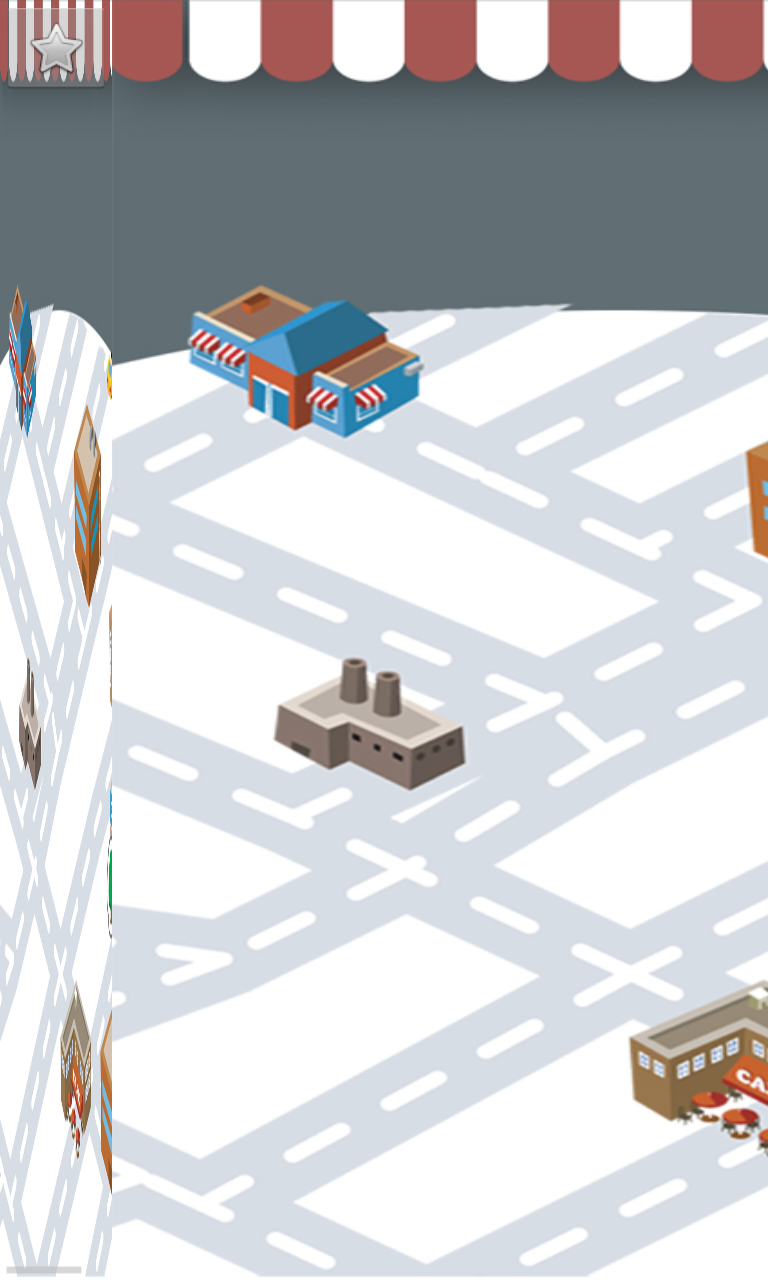
Repository: ahmeda8/playable
Layout: Playable/res/layout/activity_main.xml
The author's editor kept a copy of each file at every save. The layout is drawn from the files as they stood at one save, then again after the next save.
It is drawn on a 768 x 1280 px phone screen (xhdpi) without system bars, with theme AppTheme; the app's code is not run.

Above is the layout before, as saved 2013-07-20 20:52:52.

After the next save:
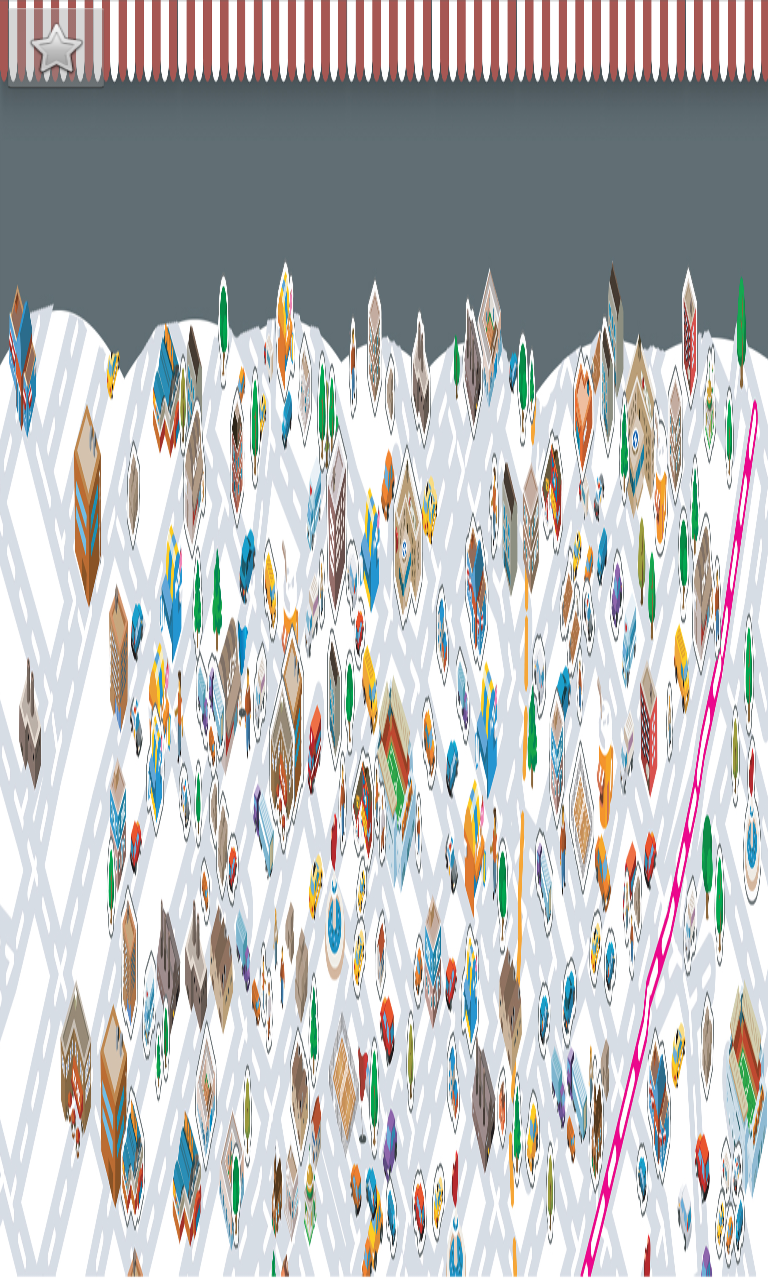
Saved 13 s later.
--- a/Playable/res/layout/activity_main.xml
+++ b/Playable/res/layout/activity_main.xml
@@ -26,18 +26,6 @@
                     android:layout_width="wrap_content"
                     android:layout_height="wrap_content"
                     android:src="@android:drawable/btn_star" />
-
-                <ImageView
-                    android:id="@+id/imageView1"
-                    android:layout_width="3285dp"
-                    android:layout_height="match_parent"
-                    android:layout_below="@+id/linearLayout1"
-                    android:layout_centerHorizontal="true"
-                    android:layout_gravity="top"
-                    android:layout_marginTop="0dp"
-                    android:scaleType="fitXY"
-                    android:src="@drawable/map" />
-
             </LinearLayout>
         </HorizontalScrollView>
 </RelativeLayout>
